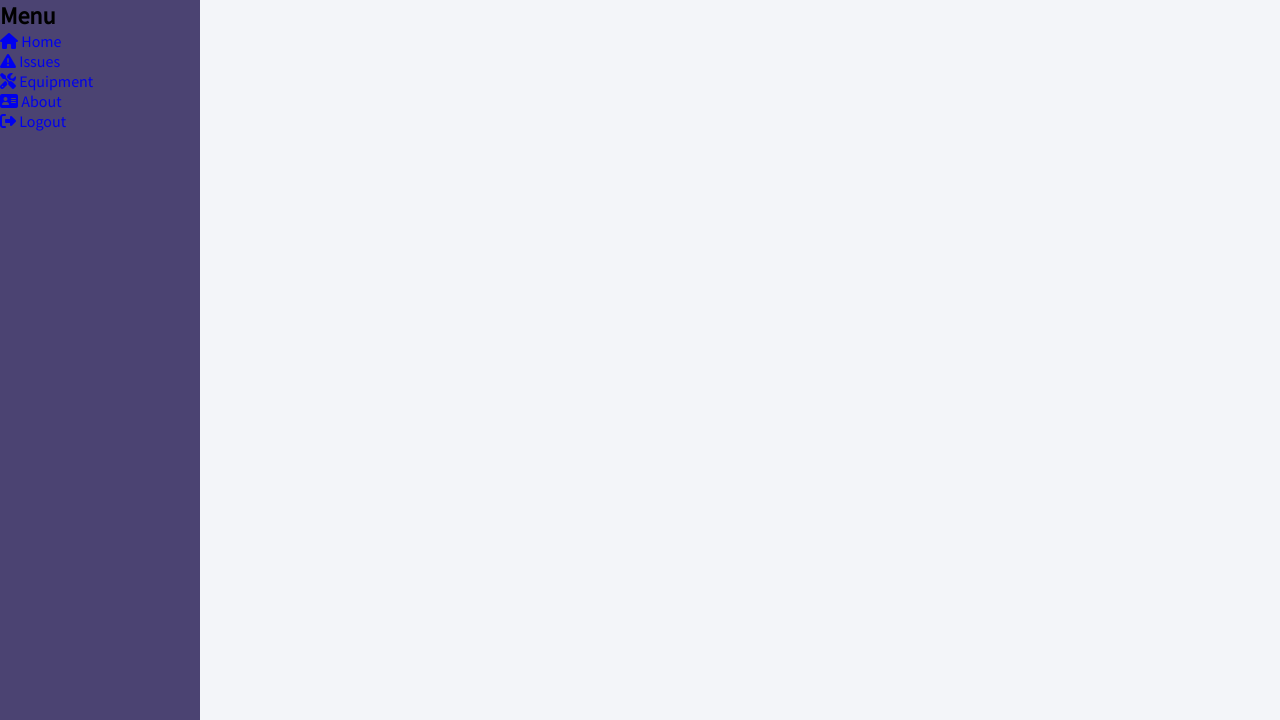
Repository: Lungdjos/ZescoIssueTS
Page: zits/src/main/resources/templates/about_us.html
An editor plug-in stored every save of this project. The page is shown before and after a run of saves, followed by the edit.
The browser window is 1280 px wide. The pictures show the whole page.
Some web libraries are served in a nearby version.

Above is the page before, as saved 2021-07-09 22:47:15.

After the next 4 saves:
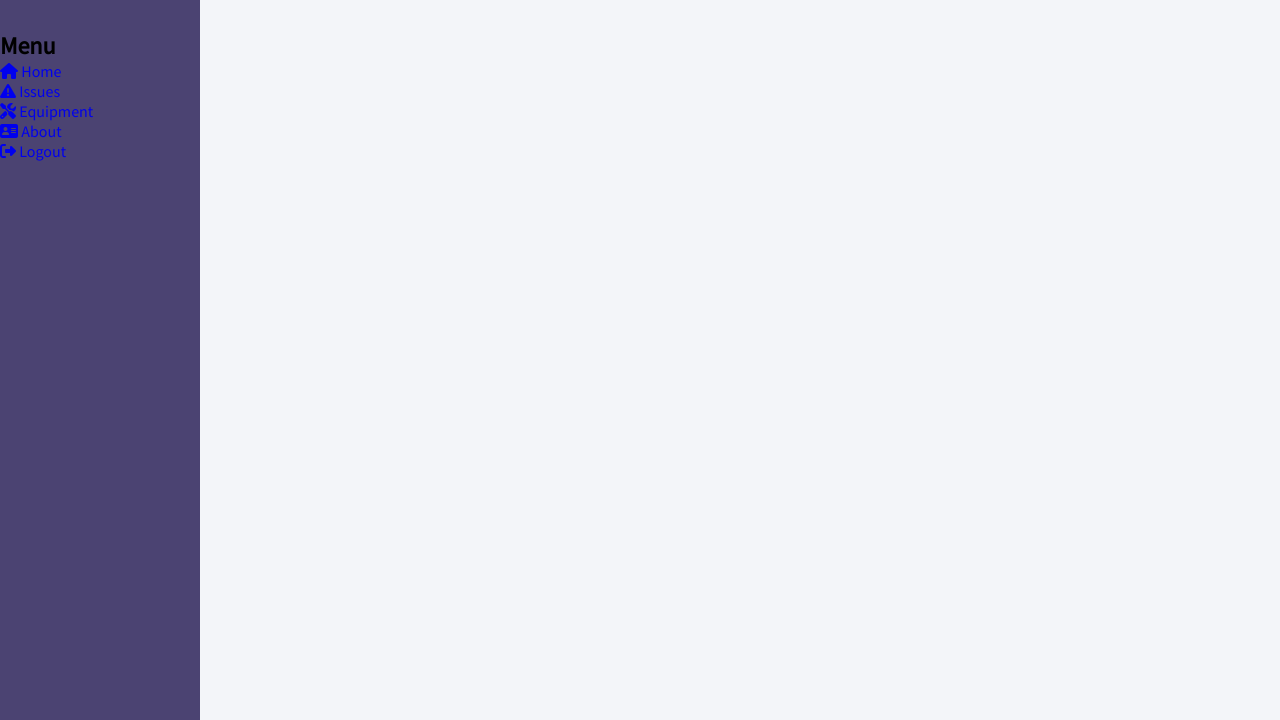
The 4 saves are shown as one change because they came seconds apart.
The last was saved 13 s later.
--- a/zits/src/main/resources/templates/css/styles.css
+++ b/zits/src/main/resources/templates/css/styles.css
@@ -22,5 +22,5 @@
     width: 200px;
     height: 100%;
     background: #4b4372;
-    p
+    padding: 30px 0;
 }
